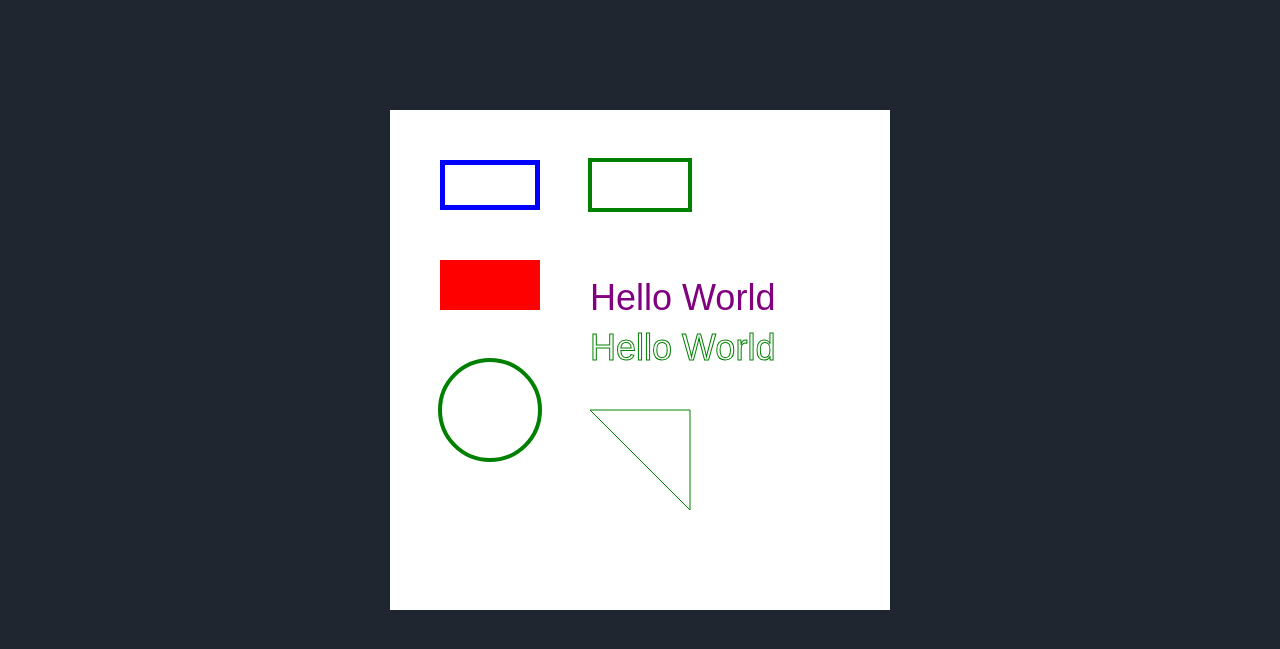
Repository: thecodeholic/cst-javascript-course
Page: /
An editor plug-in stored every save of this project. The page is shown before and after the next save, followed by the edit.
The browser window is 1280 px wide. The pictures show the whole page.
The project was rebuilt for these pictures with package versions that can differ from the ones it lists, and the page was loaded fresh each time.

Above is the page before, as saved 2020-11-25 09:49:50.

After the next save:
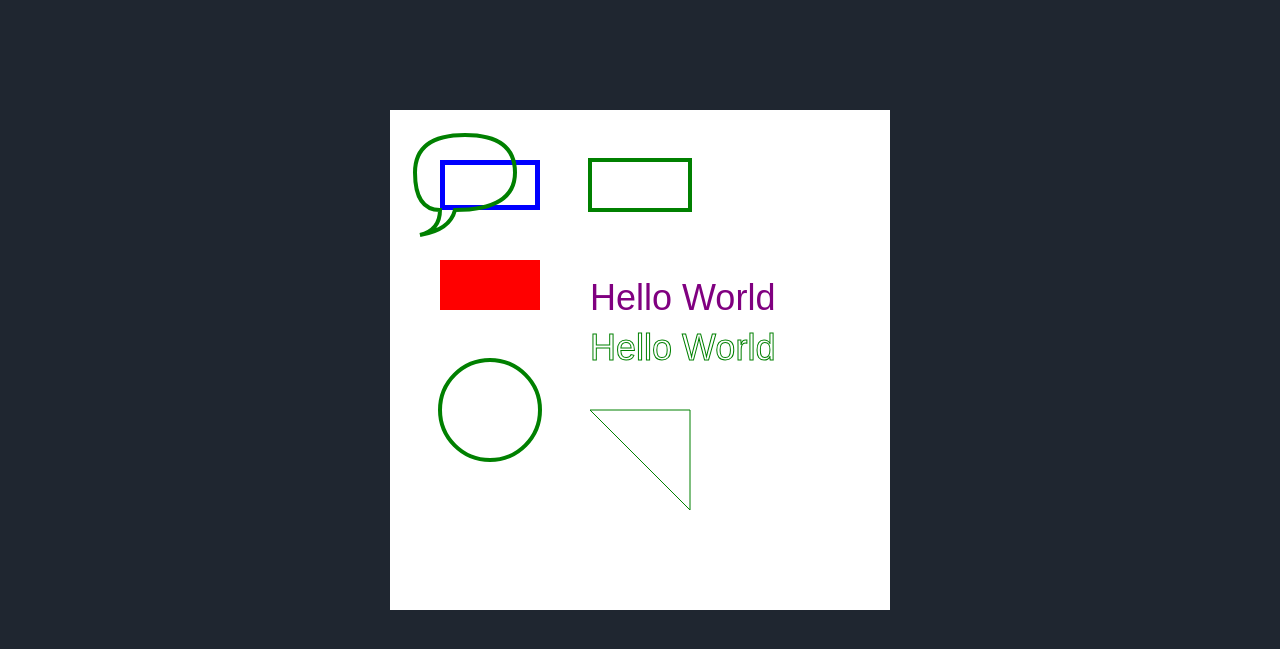
Saved 2 min 19 s later.
--- a/app.js
+++ b/app.js
@@ -50,6 +50,16 @@ ctx.lineWidth = 4;
 ctx.arc(100, 300, 50, 0, 2 * Math.PI);
 ctx.stroke();
 
+ctx.beginPath();
+ctx.moveTo(75, 25);
+ctx.quadraticCurveTo(25, 25, 25, 62.5);
+ctx.quadraticCurveTo(25, 100, 50, 100);
+ctx.quadraticCurveTo(50, 120, 30, 125);
+ctx.quadraticCurveTo(60, 120, 65, 100);
+ctx.quadraticCurveTo(125, 100, 125, 62.5);
+ctx.quadraticCurveTo(125, 25, 75, 25);
+ctx.stroke();
+
 // Draw image
 // ====================
 
